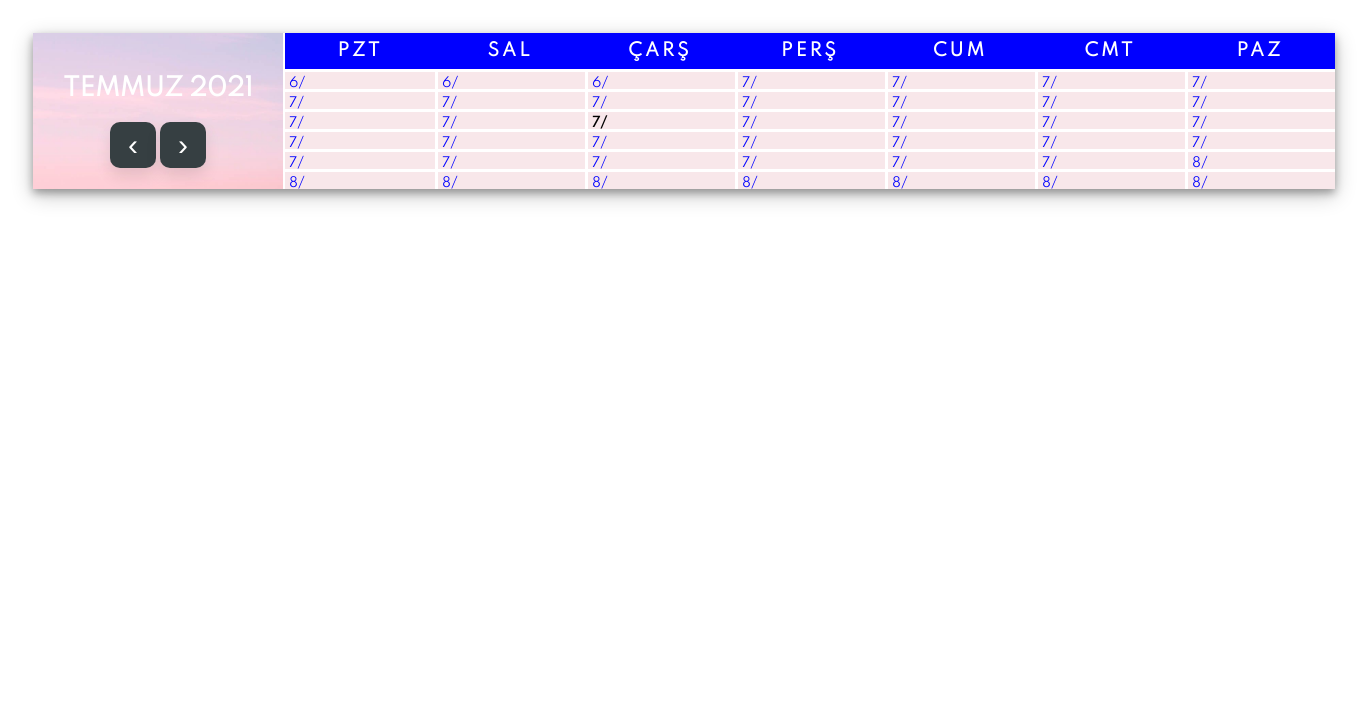
Repository: ahmetbugraozcan/javascript-calendar
Page: tablo.html
An editor plug-in stored every save of this project. The page is shown before and after the next save, followed by the edit.
The browser window is 1280 px wide. The page is 1360 px wide, so the pictures cover 1360 px, including what lies to the right of the window. The pictures show the whole page.

Above is the page before, as saved 2021-07-14 12:52:58.

After the next save:
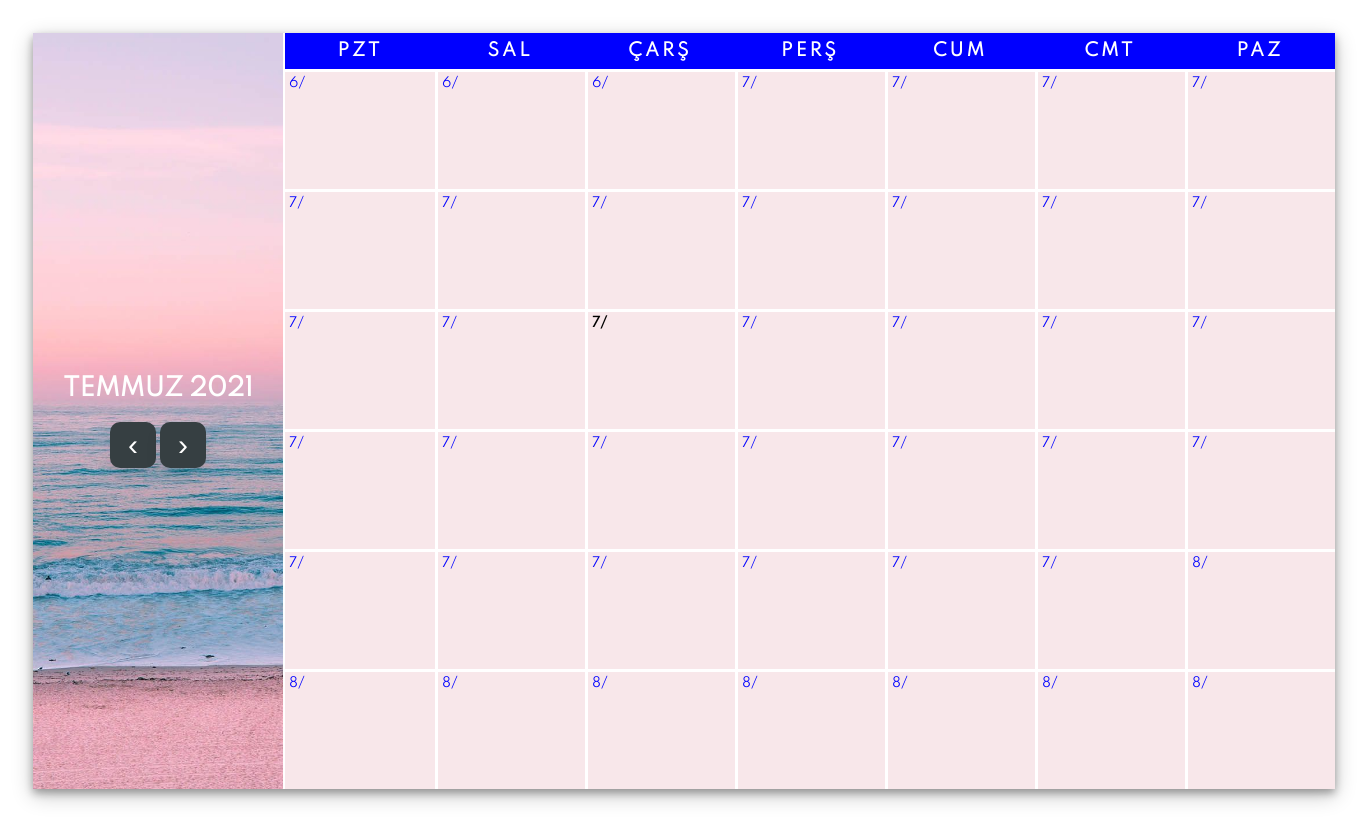
Saved 4 s later.
--- a/tablo.html
+++ b/tablo.html
@@ -103,7 +103,7 @@
         border-top: var(--border);
         border-left: var(--border);
         width: 150px;
-        height: 20px;
+        height: 120px;
     }
 
 
